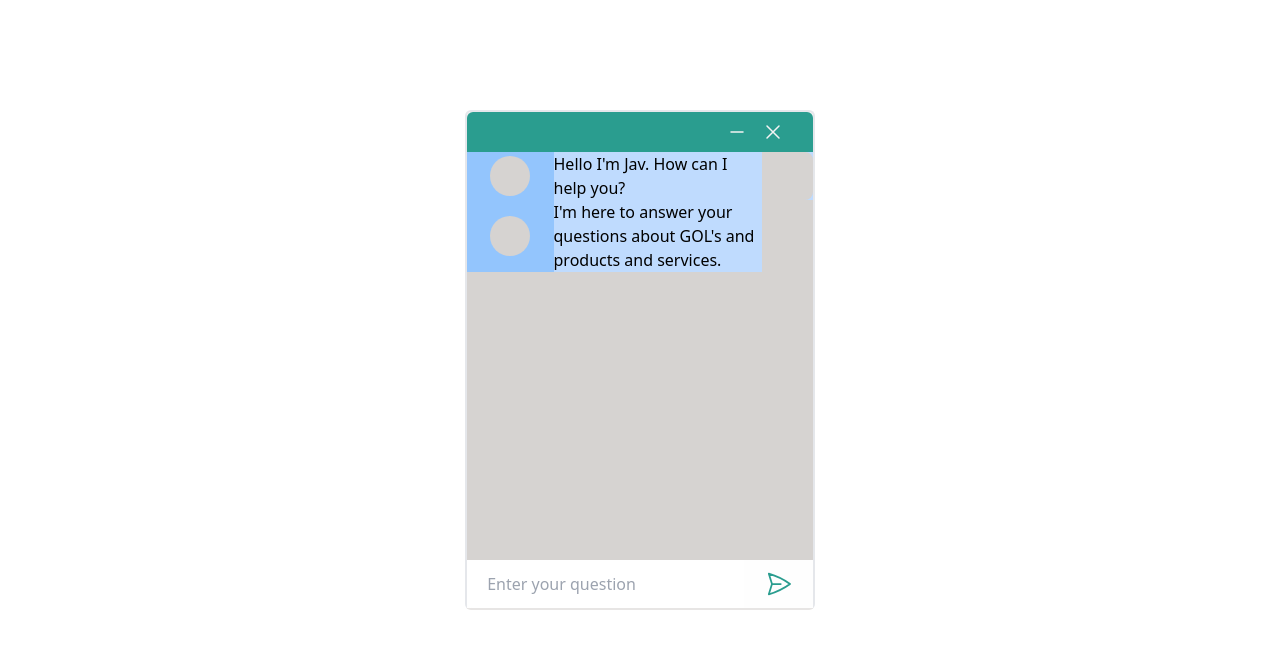
Repository: hsumyatm7308/Chatbot
Page: index.html
These files come from the project's save history. The page is drawn as it stood at one moment and after the next save; the edit follows.
The browser window is 1280 px wide. The pictures show the whole page.
Some web libraries are served in a nearby version.

Above is the page before, as saved 2023-07-09 11:29:01.

### index.html
<!DOCTYPE html>
<html>

<head>
    <title>Chat Bot</title>
    <script src="https://cdn.tailwindcss.com"></script>
</head>

<body class="bg-[#fffff]">

    <div class="w-screen h-screen flex justify-center items-center  container">
        <div class="w-[350px] h-[500px] bg-[#f4f4f4] border-2 border-b-stone-200 rounded-md relative chatbot-container">
            <div
                class="w-full h-10 text-[#f4f4f4] bg-[#2a9d8f] rounded-tl-md rounded-tr-md flex justify-end items-center">
                <svg xmlns="http://www.w3.org/2000/svg" fill="none" viewBox="0 0 24 24" stroke-width="1.5"
                    stroke="currentColor" class="w-6 h-6 mr-3">
                    <path stroke-linecap="round" stroke-linejoin="round" d="M18 12H6" />
                </svg>

                <svg xmlns="http://www.w3.org/2000/svg" fill="none" viewBox="0 0 24 24" stroke-width="1.5"
                    stroke="currentColor" class="w-6 h-6 mr-7">
                    <path stroke-linecap="round" stroke-linejoin="round" d="M6 18L18 6M6 6l12 12" />
                </svg>

            </div>

            <div class="w-full h-[410px] bg-stone-300 overflow-y-auto">
                 <div class="w-full grid grid-cols-4 flex profile-side">
                       <div class= "w-full h-auto bg-blue-300 flex justify-center items-center">
                            <div class="w-10 h-10 rounded-full bg-stone-300">

                            </div>
                       </div>
                       <div class=" bg-blue-200 col-span-3">
                            <div class="w-full h-auto bg-stone-300 rounded-lg">
                                    <div class="w-52 h-full bg-blue-200">
                                        <span>Hello I'm Jav. How can I help you?</span>
                                    </div>
                            </div>
                       </div>
                 </div>


                 <div class="w-full grid grid-cols-4 flex profile-side">
                    <div class= "w-full h-auto bg-blue-300 flex justify-center items-center">
                         <div class="w-10 h-10 rounded-full bg-stone-300">

                         </div>
                    </div>
                    <div class=" bg-blue-200 col-span-3">
                         <div class="w-full h-auto bg-stone-300">
                                 <div class="w-52 h-full bg-blue-200">
                                     <span>I'm here to answer your questions about GOL's and products and services.</span>
                                 </div>
                         </div>
                    </div>
              </div>
            </div>

            <div class="w-full h-12 bg-[#fefefe] absolute bottom-0">
                <form action="" class="w-full h-12 bg-[#fefefe] flex justify-between items-center">
                    <input type="text" class="w-[80%] h-full  rounded-bl-md p-4" placeholder=" Enter your question">

                    <button type="submit" class="mr-5">
                        <svg xmlns="http://www.w3.org/2000/svg" fill="none" viewBox="0 0 24 24" stroke-width="1.5"
                            stroke="currentColor" class="w-7 h-7 text-[#2a9d8f]">
                            <path stroke-linecap="round" stroke-linejoin="round"
                                d="M6 12L3.269 3.126A59.768 59.768 0 0121.485 12 59.77 59.77 0 013.27 20.876L5.999 12zm0 0h7.5" />
                        </svg>

                    </button>
                </form>
            </div>
        </div>
    </div>

</body>

</html>

After the next save:
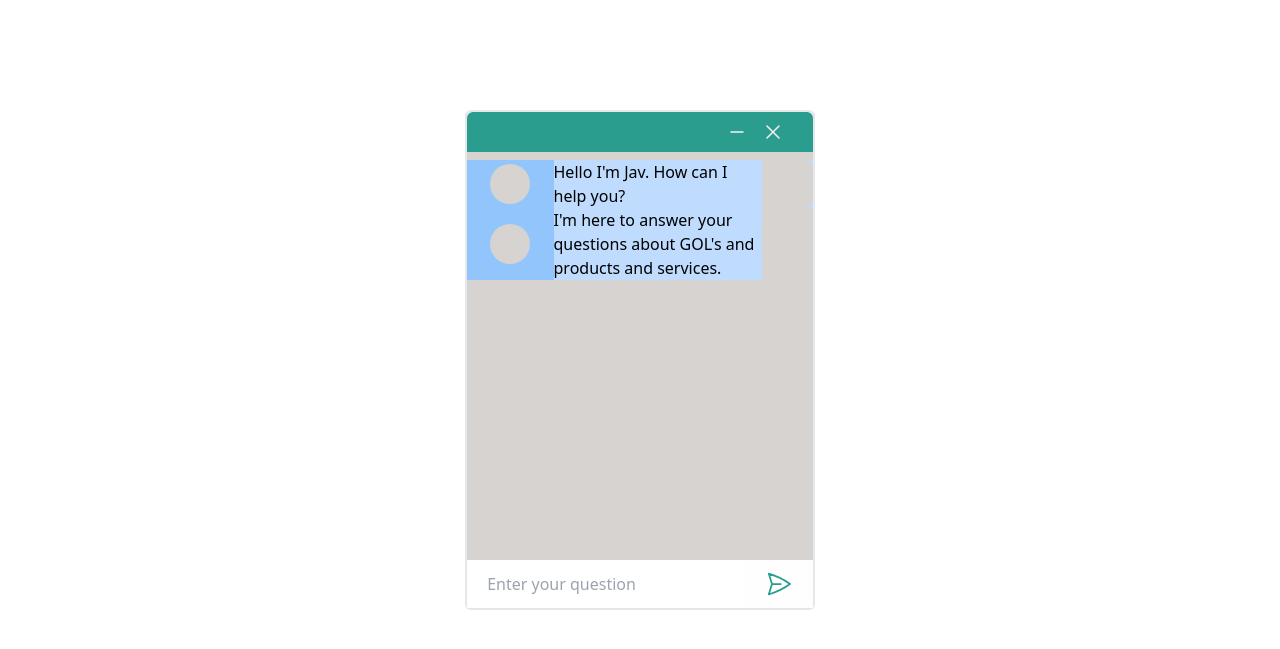
Saved 11 s later.
--- a/index.html
+++ b/index.html
@@ -25,7 +25,7 @@
             </div>
 
             <div class="w-full h-[410px] bg-stone-300 overflow-y-auto">
-                 <div class="w-full grid grid-cols-4 flex profile-side">
+                 <div class="w-full grid grid-cols-4 flex profile-side mt-2">
                        <div class= "w-full h-auto bg-blue-300 flex justify-center items-center">
                             <div class="w-10 h-10 rounded-full bg-stone-300">
 
